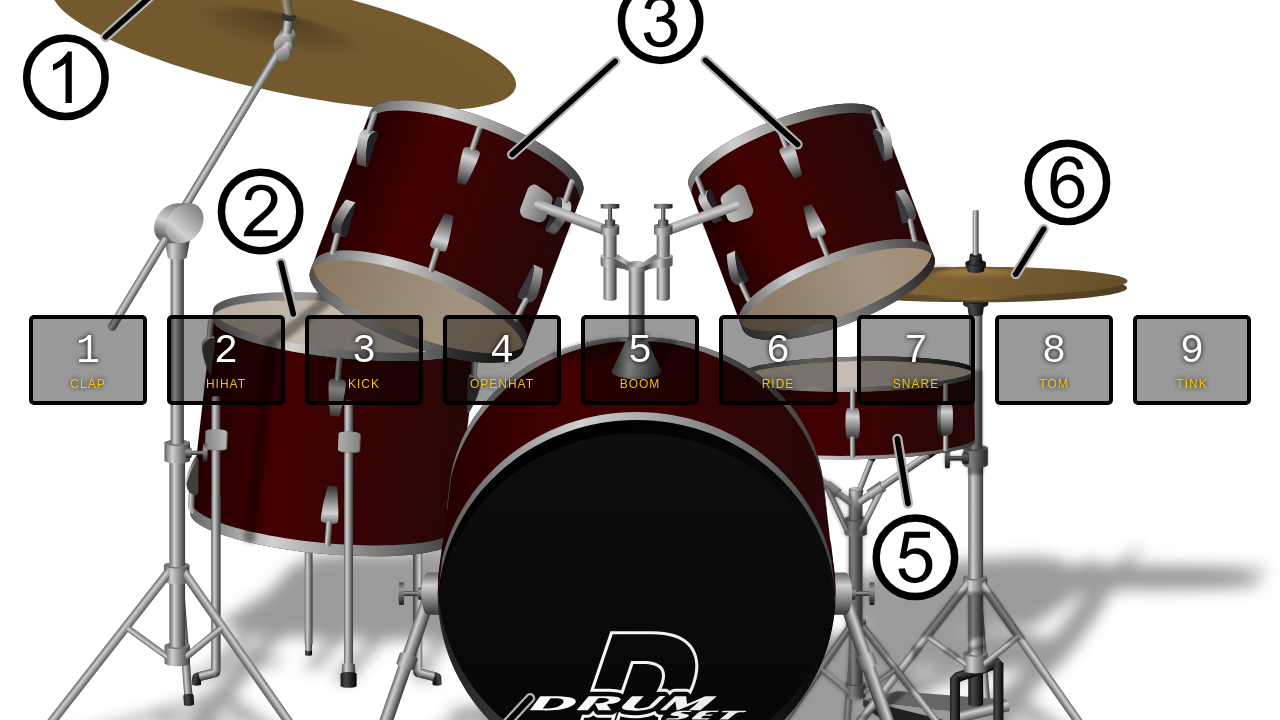
Repository: polishchuk404/drum-kit
Page: index.html
The author's editor kept a copy of each file at every save. The page is drawn from the files as they stood at one save, then again after the next save.
The browser window is 1280 px wide. The pictures show the whole page.

Above is the page before, as saved 2020-10-08 15:31:37.

After the next save:
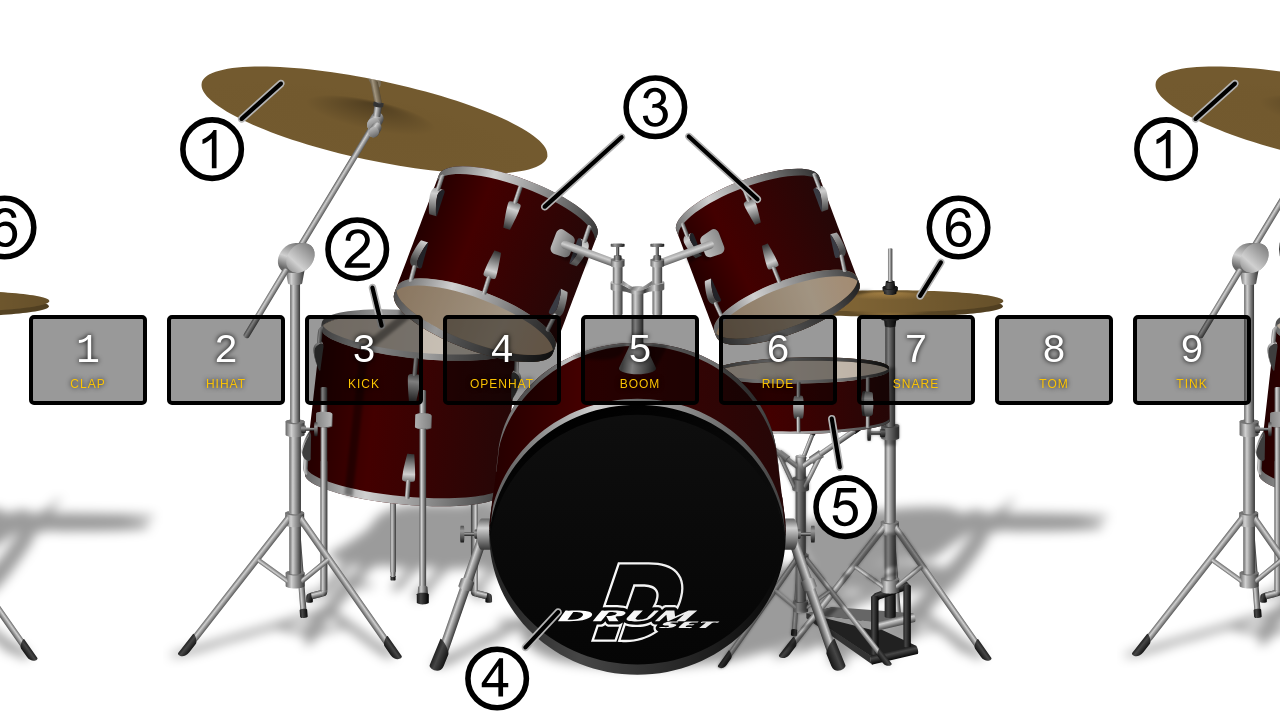
Saved 9 s later.
--- a/style/style.css
+++ b/style/style.css
@@ -1,7 +1,7 @@
 html {
   font-size: 10px;
   background: url('../drum_set.svg') center center;
-  background-size: 100%;
+  background-size: contain;
 }
 
 body,html {
